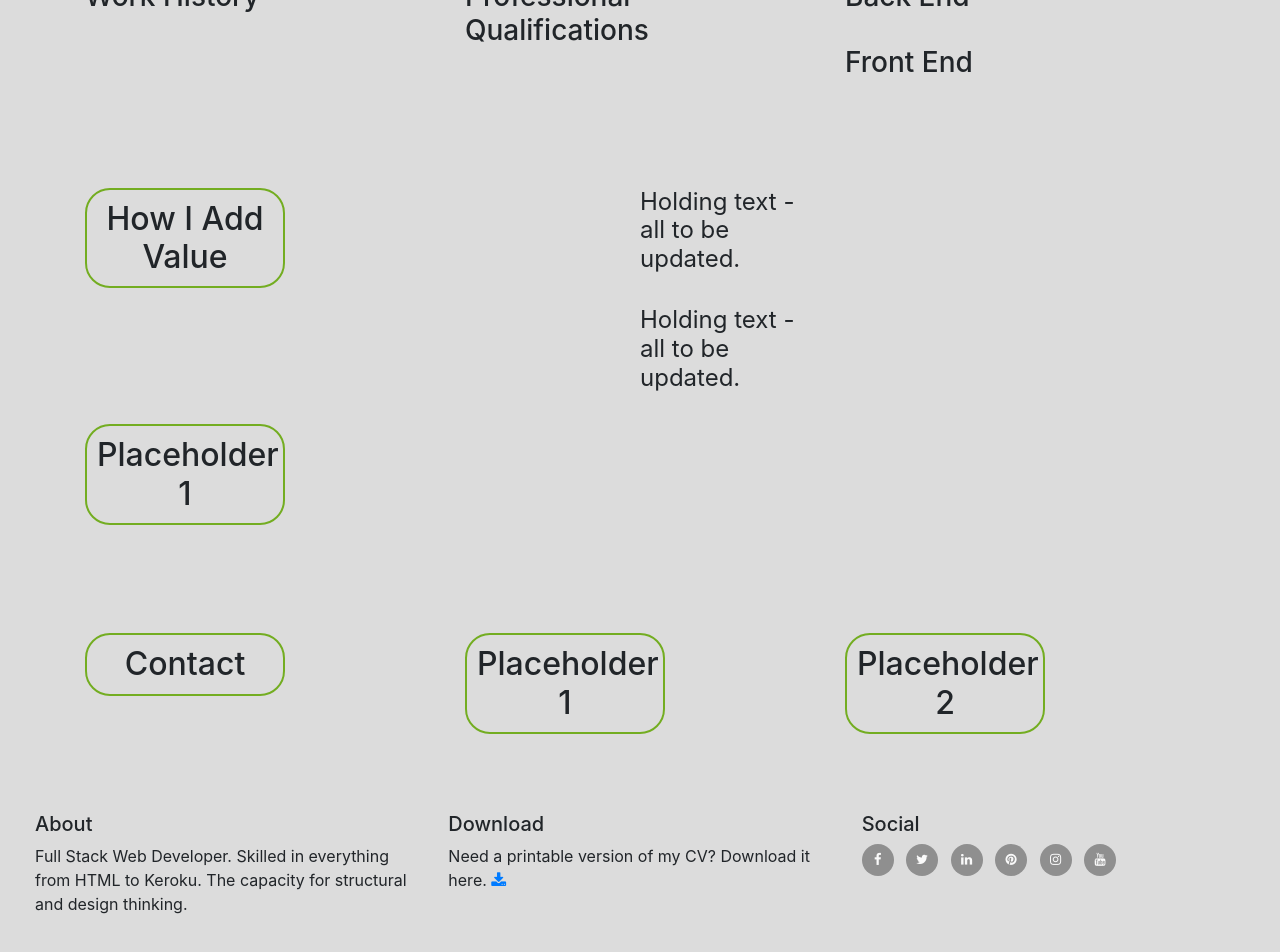
Repository: tenerim/first-milestone
Page: index.html
The author's editor kept a record of every edit. The page is drawn from the files as they stood at one moment, then again after the next edit.
The browser window is 1280 px wide. The pictures show the part of the page from y = 2028 to 2980 px (the page is 2980 px tall before and 2956 px after).
A picture or video elsewhere on the page could not be fetched, so the positions and the page height are approximate.

Above is the page before.

After the next edit:
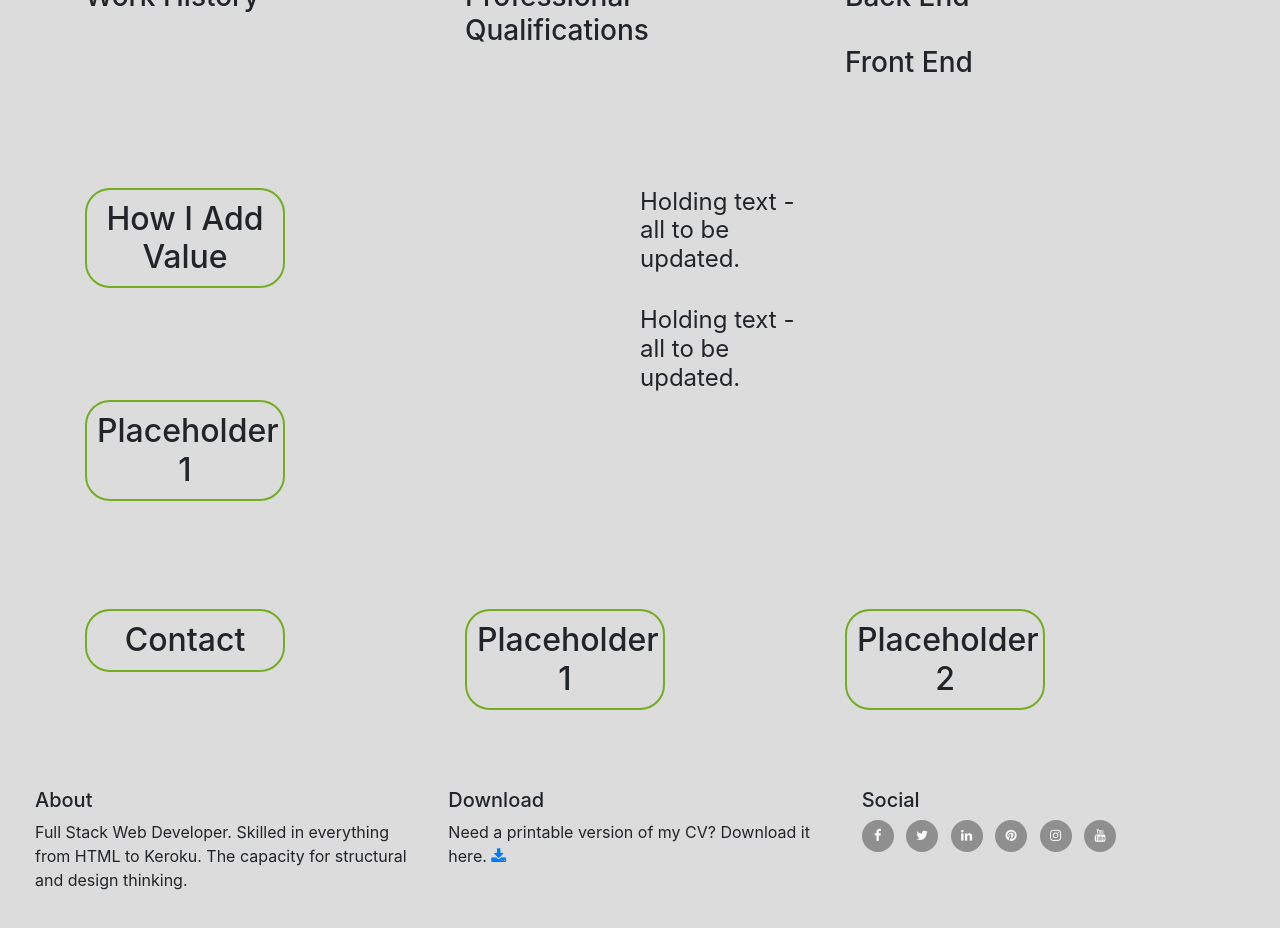
The edit:
--- a/index.html
+++ b/index.html
@@ -133,7 +133,6 @@
                             <h4 class="font-weight-normal">Holding text - all to be updated.</h4>
                             <br />
                             <h4 class="font-weight-normal">Holding text - all to be updated.</h4>
-                            <br />
                         </div>
                 </div>
                 <div class="col-6">
